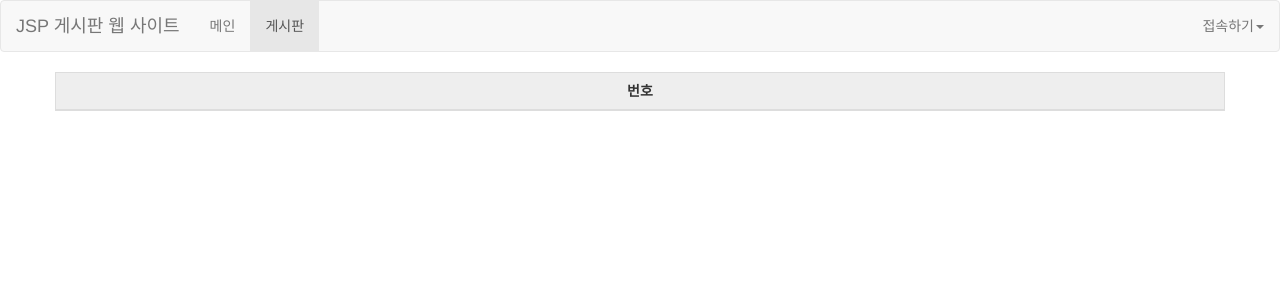
Repository: hseob04/jsp_bbs
Page: http://localhost/BBS/bbs.jsp
The author's editor kept a copy of each file at every save. The page is drawn from the files as they stood at one save, then again after the next save.
The browser window is 1280 px wide. The pictures show the whole page.
Some web libraries are served in a nearby version. The page is served by Tomcat 9.

Above is the page before, as saved 2021-03-22 14:27:00.

After the next save:
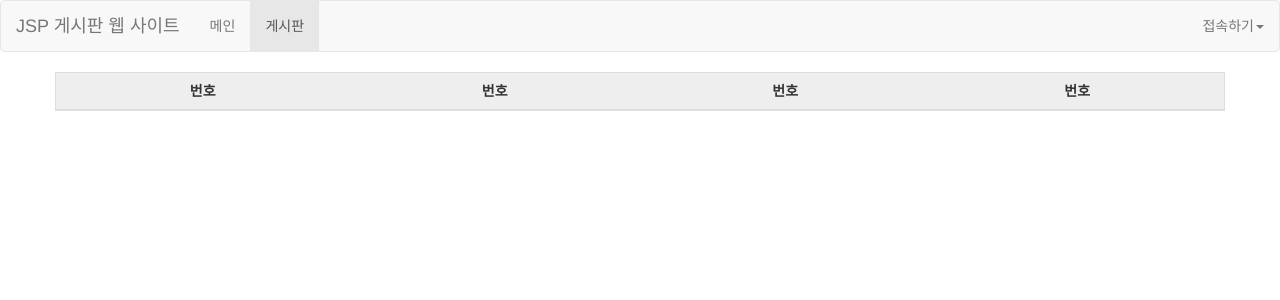
Saved 4 s later.
--- a/JSP/projects/BBS/src/main/webapp/bbs.jsp
+++ b/JSP/projects/BBS/src/main/webapp/bbs.jsp
@@ -79,6 +79,9 @@
 				<thead>
 					<tr>
 						<th style="background-color: #eeeeee; text-align: center;">번호</th>
+						<th style="background-color: #eeeeee; text-align: center;">번호</th>
+						<th style="background-color: #eeeeee; text-align: center;">번호</th>
+						<th style="background-color: #eeeeee; text-align: center;">번호</th>
 					</tr>
 				</thead>
 			</table>
